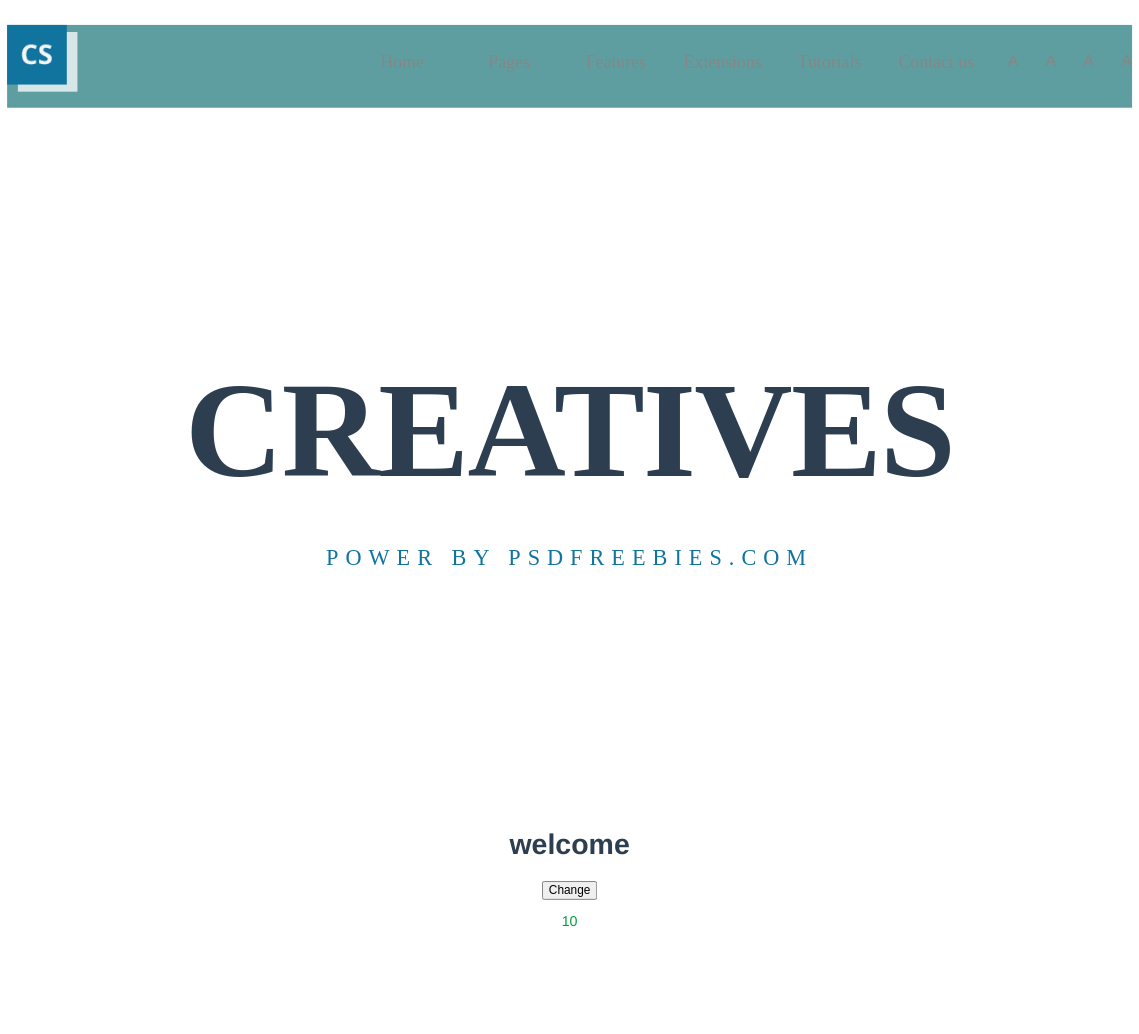
Repository: joker506/Creatives
Page: /
An editor plug-in stored every save of this project. The page is shown before and after the next save, followed by the edit.
The browser window is 1280 px wide. The pictures show the whole page, at 89% of full size.
Pictures or frames that could not be fetched are drawn as grey boxes. The project was rebuilt for these pictures with package versions that can differ from the ones it lists, and the page was loaded fresh each time.

Above is the page before, as saved 2020-03-29 20:39:29.

After the next save:
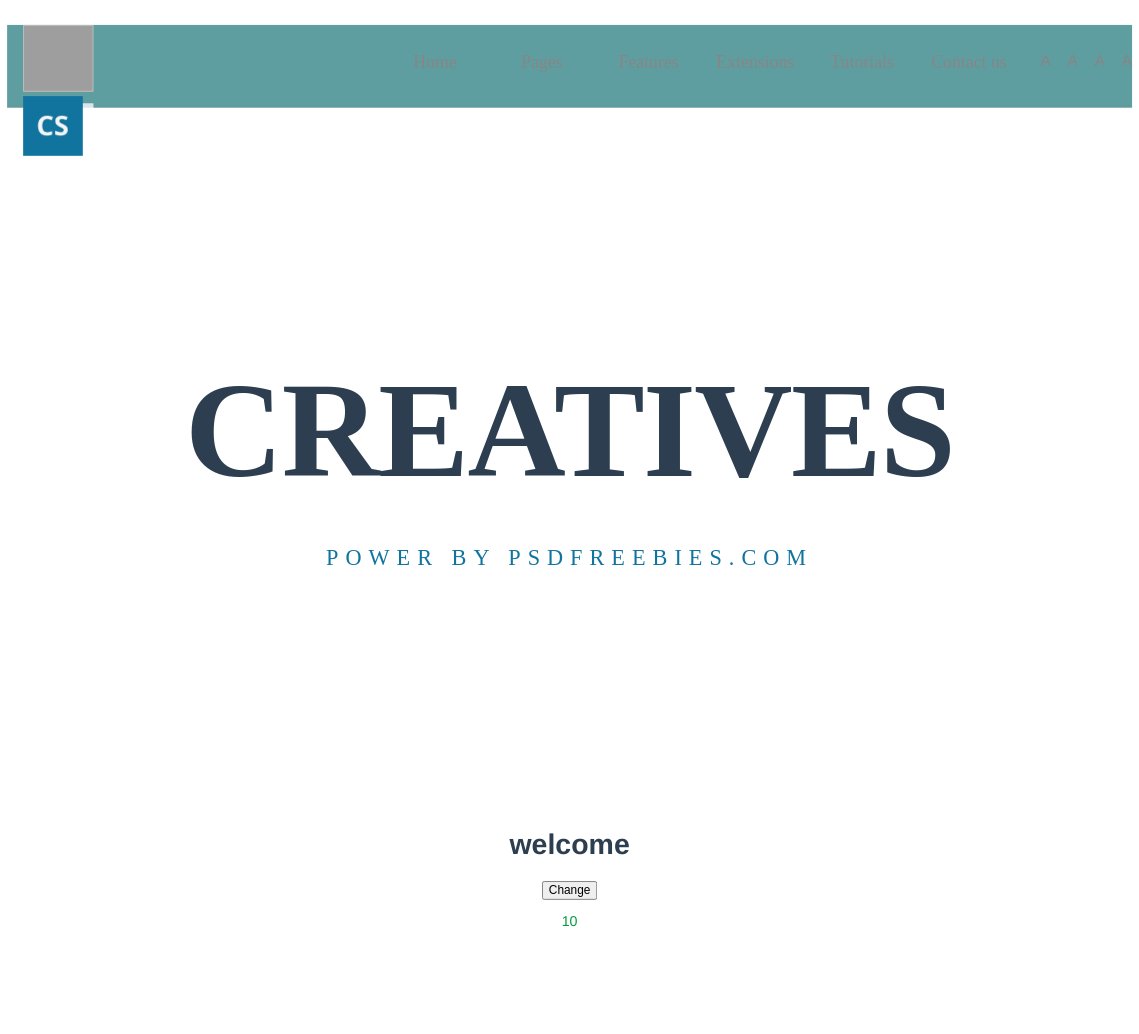
Saved 53 s later.
--- a/src/components/HeaderApp.vue
+++ b/src/components/HeaderApp.vue
@@ -4,7 +4,7 @@
 
 <div class="header__top">
 <a class="logo" href="#">
-
+   <img :style="{ backgroundImage: 'url(' + image + ')' }">
     <img src="src/assets/logo1.png" alt="logo">
 </a>
 

After the save that followed:
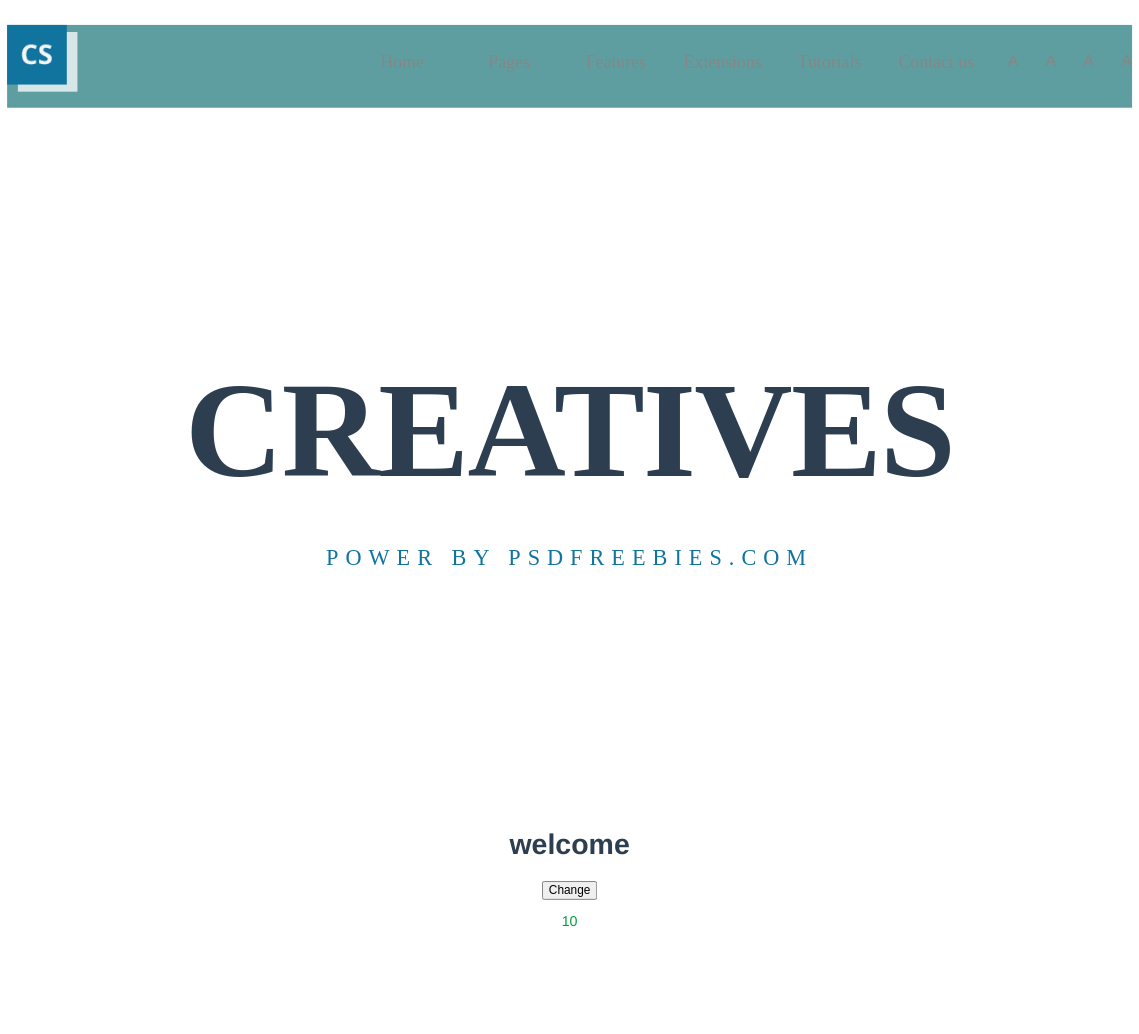
Saved 24 s later.
--- a/src/components/HeaderApp.vue
+++ b/src/components/HeaderApp.vue
@@ -4,7 +4,6 @@
 
 <div class="header__top">
 <a class="logo" href="#">
-   <img :style="{ backgroundImage: 'url(' + image + ')' }">
     <img src="src/assets/logo1.png" alt="logo">
 </a>
 
